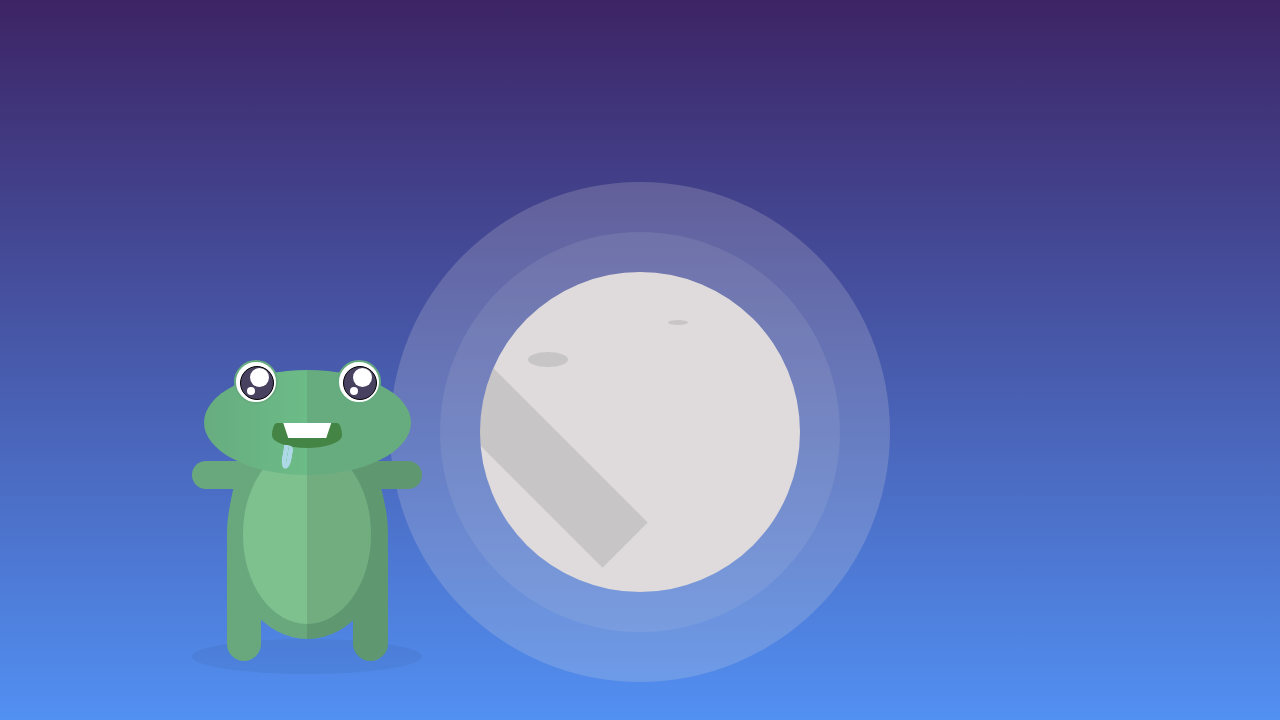
Repository: celinakhalife/cssCharacterDesign
Page: /
These files come from the project's save history. The page is drawn as it stood at one moment and after the next save; the edit follows.
The browser window is 1280 px wide. The pictures show the whole page.
The project was rebuilt for these pictures with package versions that can differ from the ones it lists, and the page was loaded fresh each time. Also part of the build but not shown: angular.json.

Above is the page before, as saved 2018-10-21 13:15:44.

After the next save:
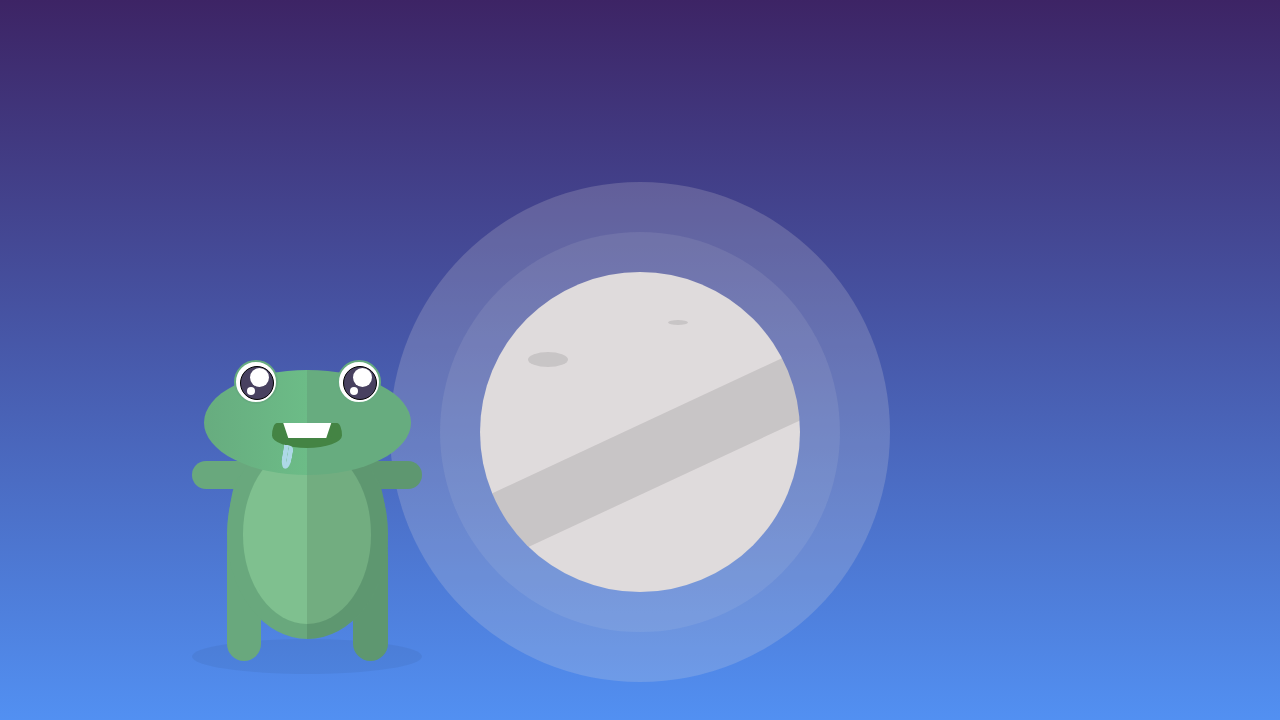
Saved 2 min 18 s later.
--- a/src/app/app.component.scss
+++ b/src/app/app.component.scss
@@ -69,10 +69,11 @@
           background-color: rgba(0, 0, 0, 0.1);
           position: absolute;
           width: 20%;
-          height: 100%;
-          left: 0;
-          top: 0;
-          transform: rotate(-45deg);
+          height: 200%;
+          right: 0;
+          top: -60%;
+          transform: rotate(65deg);
+          transform-origin: 50% 50%;
         }
       }
     }
